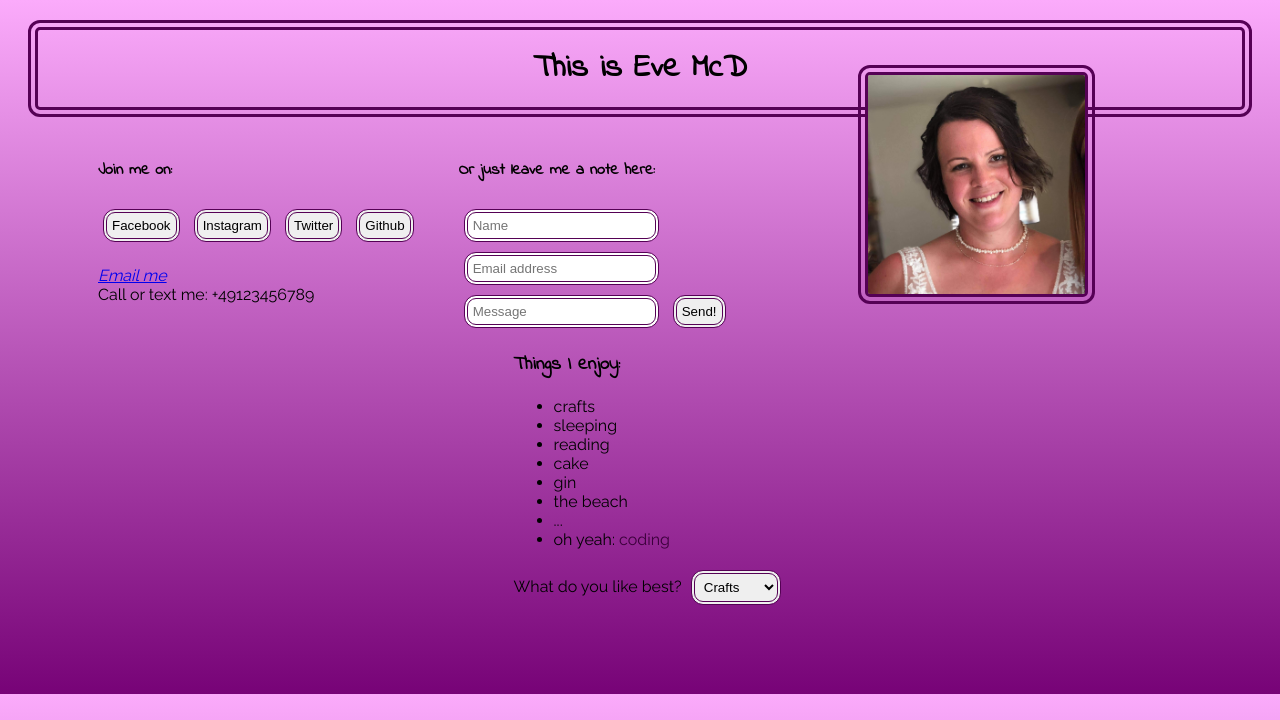
Repository: evemcd/Strive-Ignite-W1
Page: index.html
An editor plug-in stored every save of this project. The page is shown before and after the next save, followed by the edit.
The browser window is 1280 px wide. The pictures show the whole page.

Above is the page before, as saved 2021-01-17 22:52:07.

After the next save:
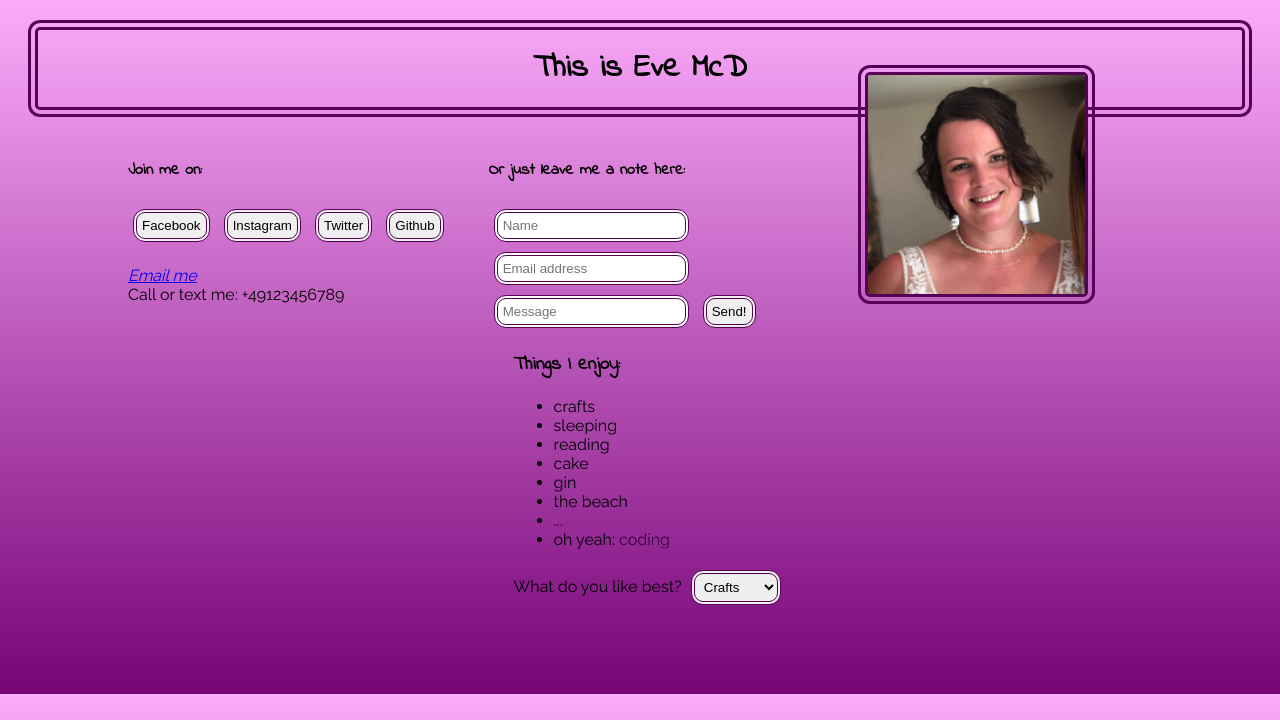
Saved 9 s later.
--- a/styles.css
+++ b/styles.css
@@ -16,7 +16,7 @@ body {
     flex-flow: column wrap;
     flex-direction: row;
     justify-content: flex-start;
-    margin-left: 70px;
+    margin-left: 100px;
 }
 
 h1 {
